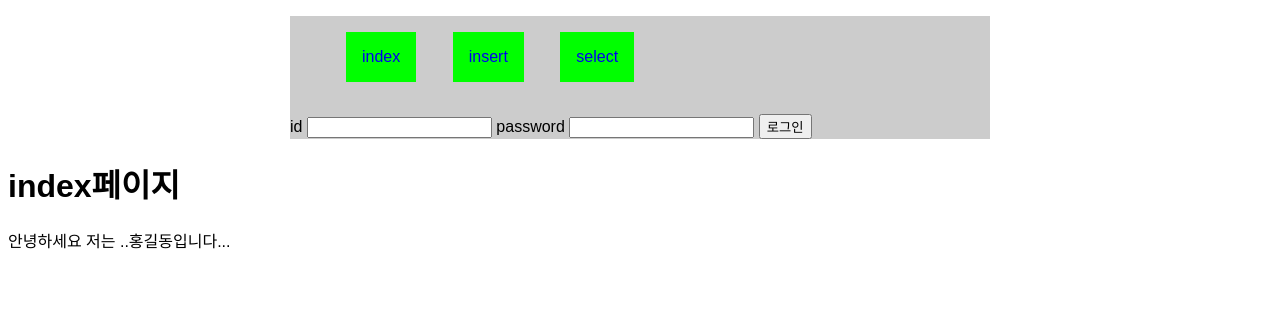
Repository: rlawnsgh714/Java
Page: http://localhost/ex0405/
These files come from the project's save history. The page is drawn as it stood at one moment and after the next save; the edit follows.
The browser window is 1280 px wide. The pictures show the whole page.
Some web fonts or font styles are not loaded; a fallback is used. The page is served by Tomcat 9.

Above is the page before, as saved 2022-04-19 06:38:52.

### javaclass/ex0405/src/main/webapp/index.jsp
<%@ page language="java" contentType="text/html; charset=UTF-8"
    pageEncoding="UTF-8"%>
<!DOCTYPE html>
<html>
<head>
<meta charset="UTF-8">
<title>Insert title here</title>
<link href="https://fonts.googleapis.com/css?family=Black+Han+Sans:400" rel="stylesheet">
<style>
	*{
		font-family: 'Black Han Sans', sans-serif;
	}
	.container{
		margin: 0 auto;
		width:700px;
		background-color: #ccc;
	}
	ul{
		list-style: none;
	}
	li{
		display : inline;
	}
	a{
		background-color: lime;
		display : inline-block;
		margin : 1rem;
		padding : 1rem;
		text-decoration: none;
	}
</style>
</head>
<body>
<%@ include file="nav.jsp" %>
<h1>index페이지</h1>
<p>
안녕하세요 저는 ..홍길동입니다...
</p>
</body>
</html>

### javaclass/ex0405/src/main/webapp/nav.jsp
<%@ page language="java" contentType="text/html; charset=UTF-8"
    pageEncoding="UTF-8"%>
<div class="container">
	<ul>
		<li><a href="index.jsp">index</a></li>
		<li><a href="insert.jsp">insert</a></li>
		<li><a href="select.jsp">select</a></li>
	</ul>
	<div>
		<form>
			id <input type="text" name="id"/>
			password <input type="text" name="password"/>
			<input type="button" value="로그인"/>
		</form>
	</div>
</div>

After the next save:
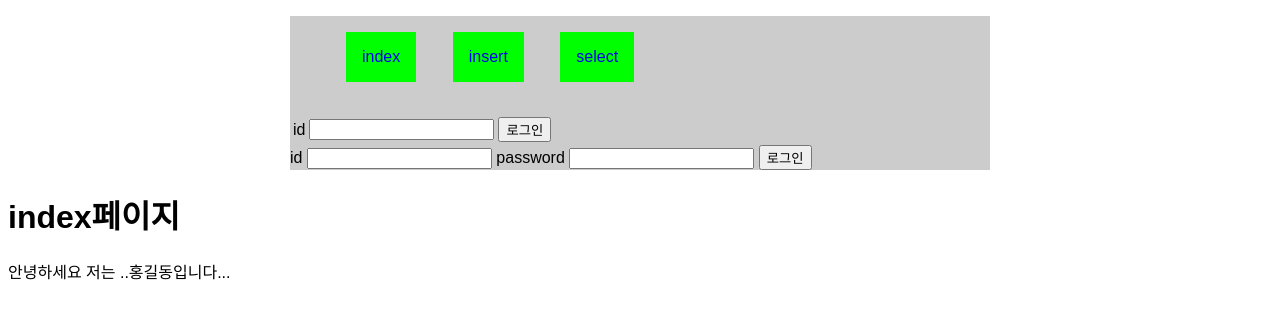
Saved 4 min 6 s later.
--- a/javaclass/ex0405/src/main/webapp/nav.jsp
+++ b/javaclass/ex0405/src/main/webapp/nav.jsp
@@ -8,6 +8,13 @@
 	</ul>
 	<div>
 		<form>
+			<table>
+				<tr>
+					<td>id</td>
+					<td><input type="text" name="id"></td>
+					<td><input type="button" value="로그인"></td>
+				</tr>
+			</table>
 			id <input type="text" name="id"/>
 			password <input type="text" name="password"/>
 			<input type="button" value="로그인"/>
